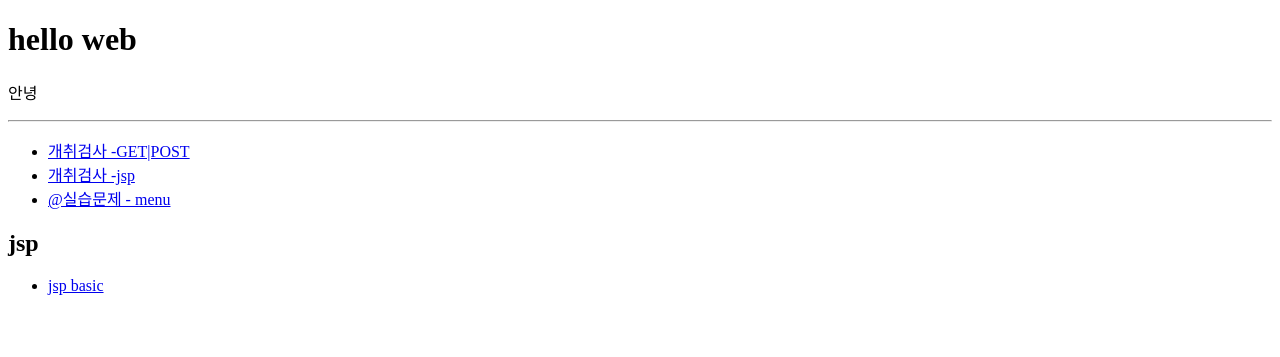
Repository: rlwi440/KH-Backend
Page: Web_server/web_server_Workspace/01_helloweb/WebContent/index.html
These files come from the project's save history. The page is drawn as it stood at one moment and after the next save; the edit follows.
The browser window is 1280 px wide. The pictures show the whole page.

Above is the page before, as saved 2021-03-24 11:20:27.

### Web_server/web_server_Workspace/01_helloweb/WebContent/index.html
<!DOCTYPE html>
<html>
<head>
<meta charset="UTF-8">
<title>Insert title here</title>
</head>
<body>
	<h1>hello web</h1>
	<p>안녕</p>
	<hr />
	<ul>
		<!--browser(Client) 젇래주소 작성시,반드시l context-path 부터 작성할것,
			localhost:9090이후를 찾게 된다. -->
		<!-- context path 이후의 경로를 WebContent 폴더에 찾게된다. -->
		<li><a href="/web/servlet/testPerson1.html">개취검사 -GET|POST</a></li>
		<li><a href="/web/servlet/testPerson2.html">개취검사 -jsp</a></li>
		<li><a href="/web/menu/menu.jsp">@실습문제 - menu</a></li>
	</ul>
	<h2 >jsp</h2>
	<ul>
	<li> <a href="/web/jsp/basic.jsp">jsp basic</a></li>
	</ul>
</body>
</html>

After the next save:
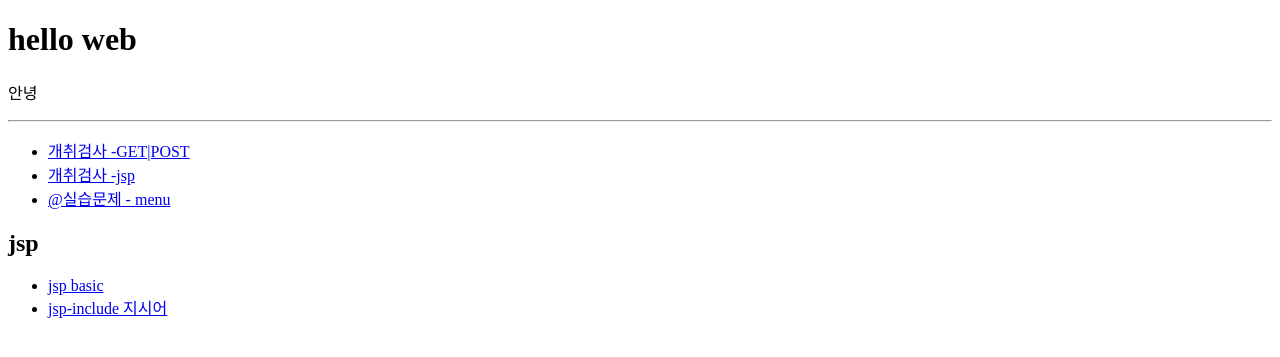
Saved 51 min 48 s later.
--- a/Web_server/web_server_Workspace/01_helloweb/WebContent/index.html
+++ b/Web_server/web_server_Workspace/01_helloweb/WebContent/index.html
@@ -19,6 +19,7 @@
 	<h2 >jsp</h2>
 	<ul>
 	<li> <a href="/web/jsp/basic.jsp">jsp basic</a></li>
+	<li><a href="/web/jsp/include.jsp">jsp-include 지시어</a></li>
 	</ul>
 </body>
 </html>
